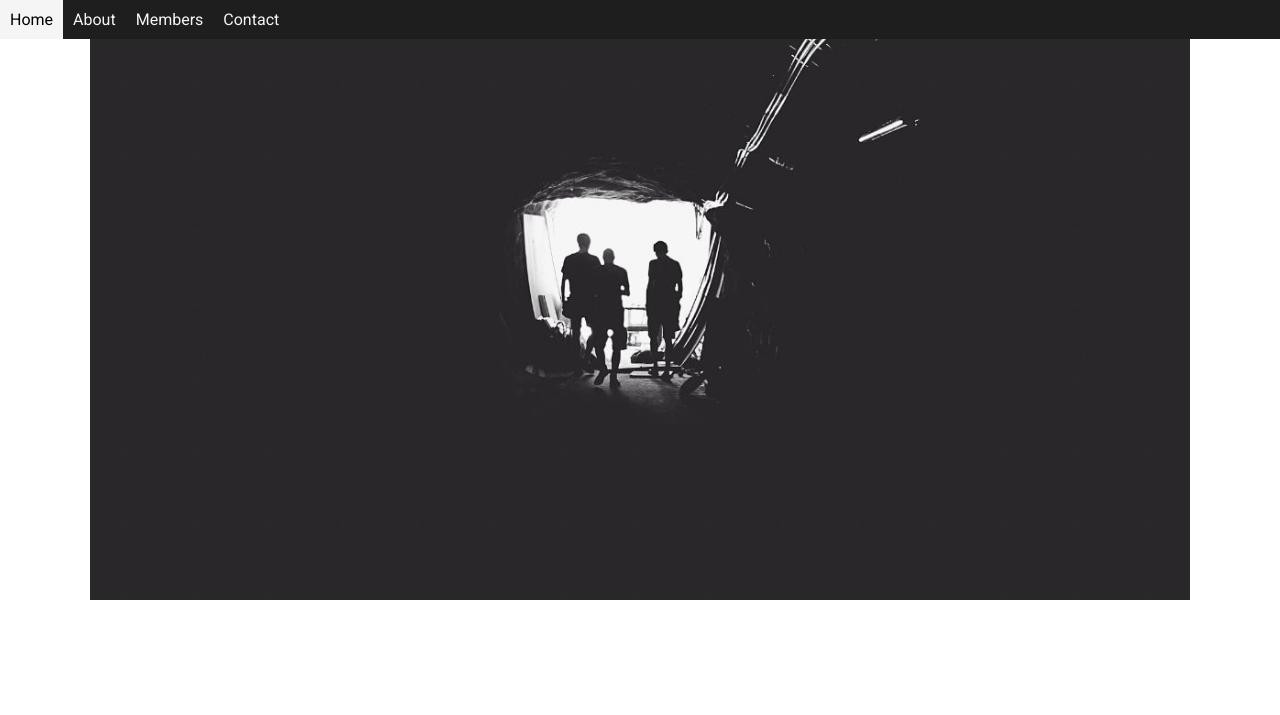
Repository: hieu-22/w3_band_UI
Page: index.html
These files come from the project's save history. The page is drawn as it stood at one moment and after the next save; the edit follows.
The browser window is 1280 px wide. The pictures show the whole page.

Above is the page before, as saved 2022-12-30 09:16:12.

### index.html
<!DOCTYPE html>
<html lang="en">
<head>
    <meta charset="UTF-8">
    <meta http-equiv="X-UA-Compatible" content="IE=edge">
    <meta name="viewport" content="width=device-width, initial-scale=1.0">
    <title>The band - by w3school</title>
    <link rel="stylesheet" href="assets/css/style.css">
    <link rel="preconnect" href="https://fonts.googleapis.com"><link rel="preconnect" href="https://fonts.gstatic.com" crossorigin><link href="https://fonts.googleapis.com/css2?family=Roboto:wght@100;300;400;500;700&display=swap" rel="stylesheet">
</head>
<body>
    <header class="header">
        <nav class="navigation-bar">
            <ul class="navigation-bar__list">
                <li class="navigation-bar__list-item">
                    Home
                </li>
                <li class="navigation-bar__list-item">
                    About
                </li>
                <li class="navigation-bar__list-item">
                    Members
                </li>
                <li class="navigation-bar__list-item">
                    Contact
                </li>
            </ul>
        </nav>
        <div class="banner"></div>
    </header>

    <main>

    </main>

    <footer>

    </footer>
</body>
</html>

### assets/css/style.css
* {
    box-sizing: border-box;
    padding: 0;
    margin: 0;

}

html {
    font-family: 'Roboto', sans-serif;
    font-size: 16px;
    width: 1100px;
    margin: auto;
}

.header {
    height: 600px;
}

.navigation-bar {
    position: absolute;
    top: 0;
    left: 0;
    width: 100%;
    background-color: rgb(30, 30, 30);
}

.navigation-bar__list {
    display: flex;
    justify-content: flex-start;
    align-items: center;
    border-radius: 2px;
    list-style-type: none;
}

.navigation-bar__list-item {
    padding: 10px;
    color: whitesmoke;
}
.navigation-bar__list-item:hover {
    background-color: whitesmoke;
    color: black;
    cursor: pointer;
}

.banner {
    height: 100%;
    width: auto;
    background-image: url('../img/img_la.jpg');
    background-size: cover;
}

After the next save:
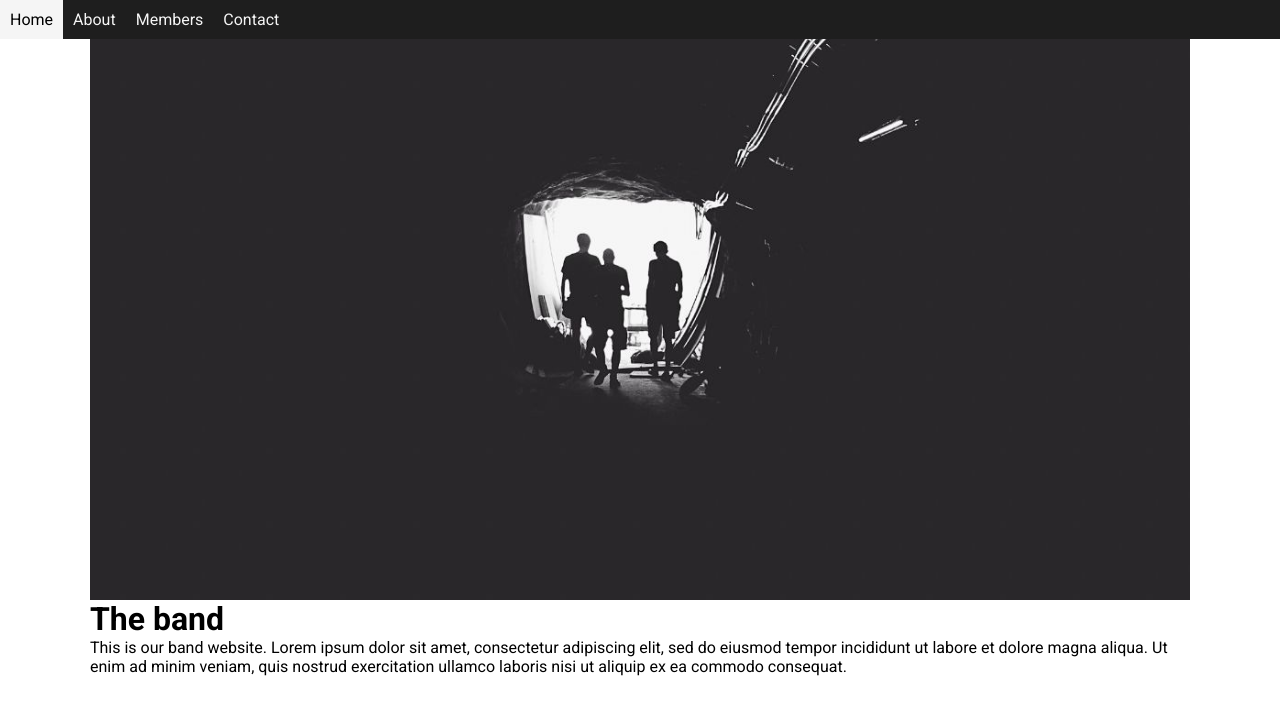
Saved 109 s later.
--- a/index.html
+++ b/index.html
@@ -30,7 +30,11 @@
     </header>
 
     <main>
-
+        <div class="about">
+            <h1>The band</h1>
+            <p>This is our band website. Lorem ipsum dolor sit amet, consectetur adipiscing elit, sed do eiusmod tempor incididunt ut labore et dolore magna aliqua. Ut enim ad minim veniam, quis nostrud exercitation ullamco laboris nisi ut aliquip ex ea commodo consequat.
+            </p>
+        </div>
     </main>
 
     <footer>
